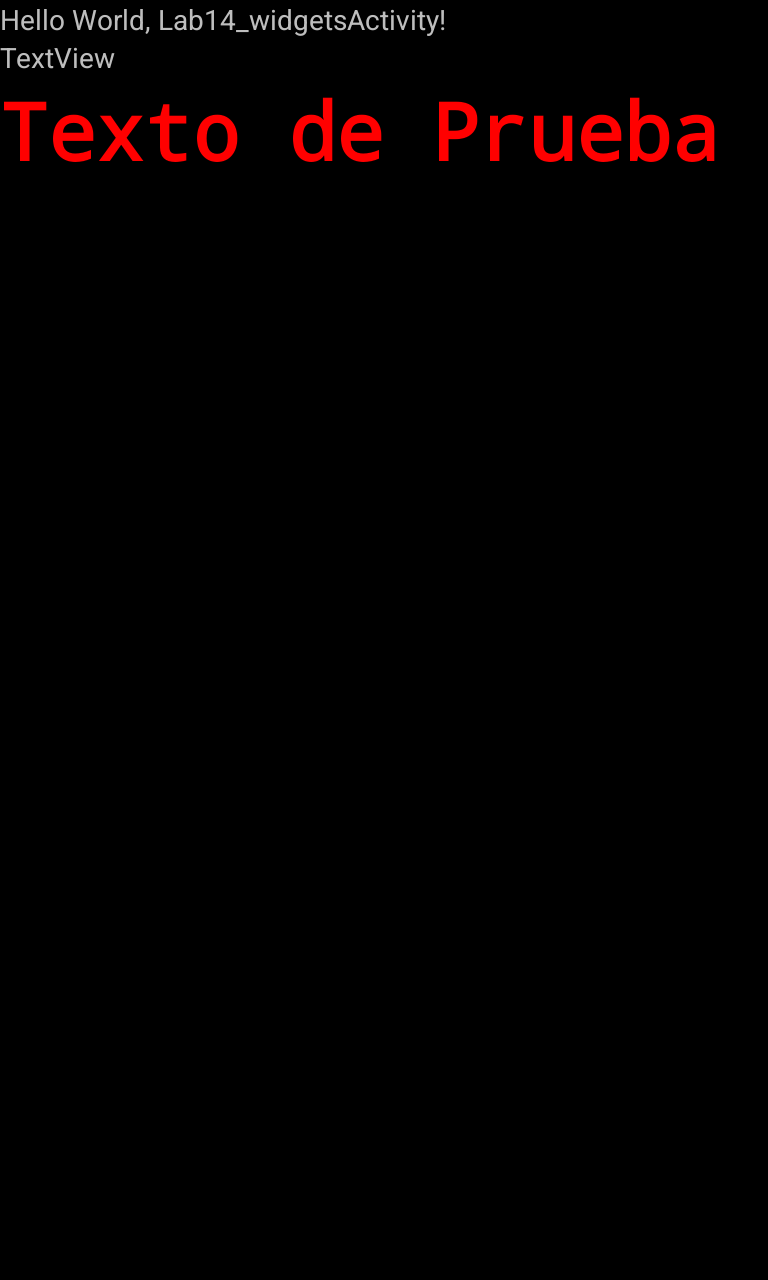
Repository: dorisserruto/un_exercises
Layout: javaandroid/Recursos/workspace-profe/lab14_widgets/res/layout/main_button.xml
An editor plug-in stored every save of this project. The layout is shown before and after the next save, followed by the edit.
It is drawn on a 768 x 1280 px phone screen (xhdpi) without system bars, with theme android:Theme.Holo; the app's code is not run.

Above is the layout before, as saved 2012-06-30 21:37:16.

After the next save:
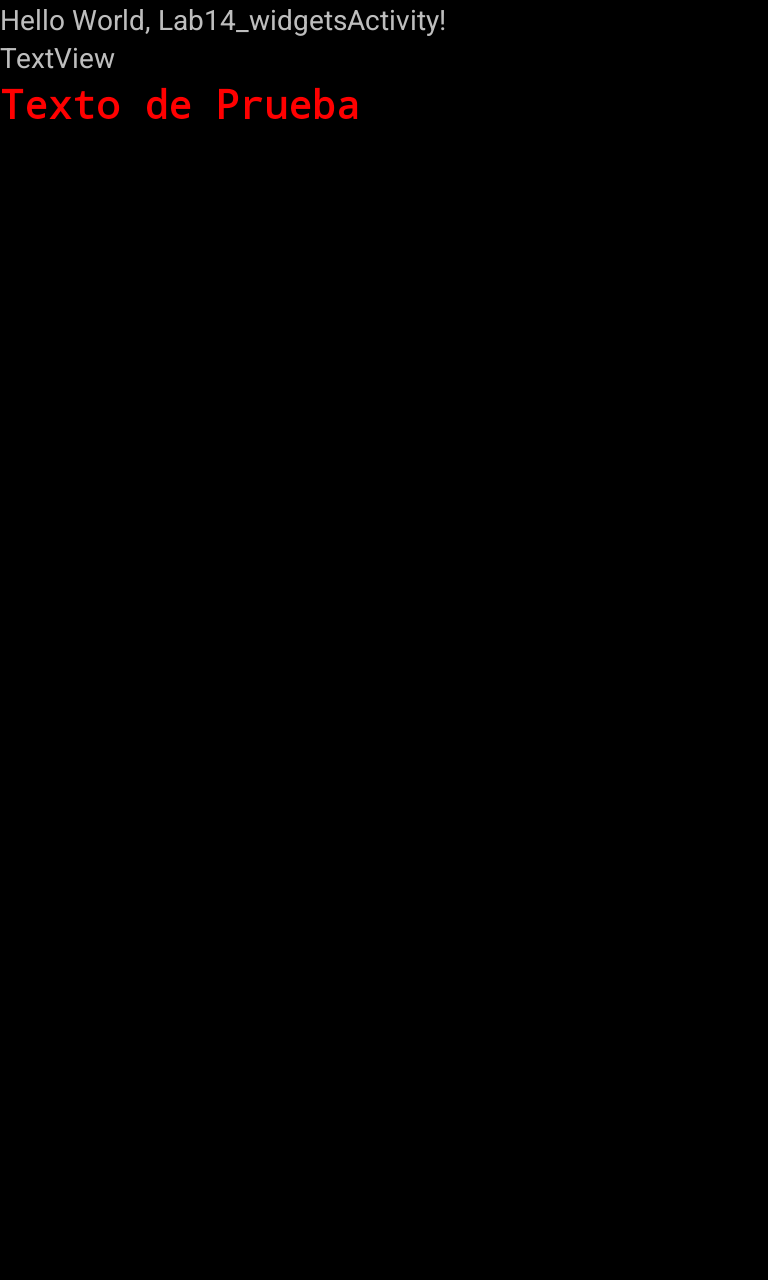
Saved 19 s later.
--- a/javaandroid/Recursos/workspace-profe/lab14_widgets/res/layout/main_button.xml
+++ b/javaandroid/Recursos/workspace-profe/lab14_widgets/res/layout/main_button.xml
@@ -21,7 +21,7 @@
         android:layout_height="wrap_content"
         android:text="Texto de Prueba"
         android:typeface="monospace"
-        android:textSize="40dp"
+        android:textSize="20dp"
         android:textStyle="bold"
         android:textColor="#FF0000"
         />
